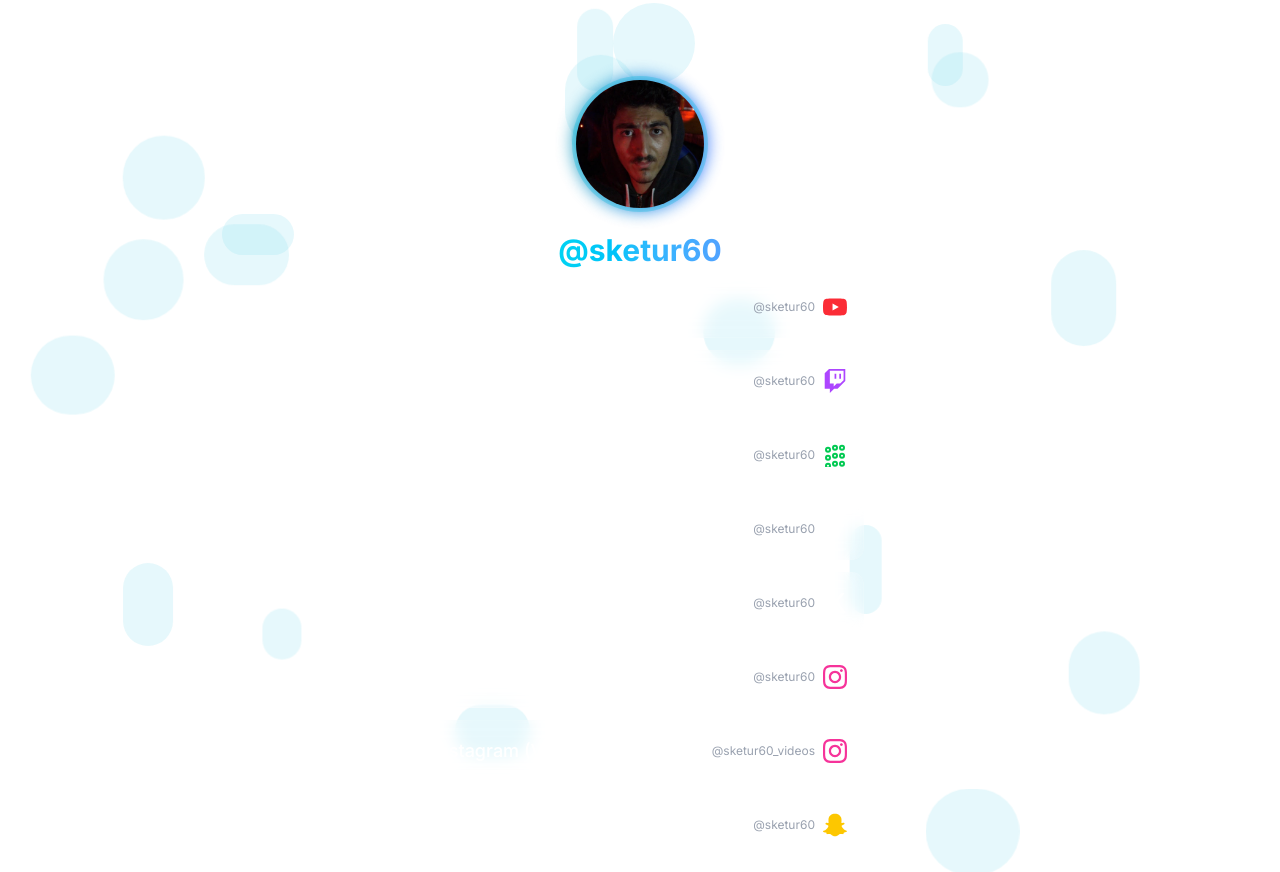
Repository: MehmetSalihK/sketur60
Page: /
These files come from the project's save history. The page is drawn as it stood at one moment and after the next save; the edit follows.
The browser window is 1280 px wide. The pictures show the whole page.
The page's requests for data from a server got no answer. The project was rebuilt for these pictures with package versions that can differ from the ones it lists, and the page was loaded fresh each time. The framework's server and built-in components were replaced by stand-ins that run in the browser. No one was signed in, and anything a server would have sent is missing. Also part of the build but not shown: next.config.ts.

Above is the page before, as saved 2025-06-02 13:41:20.

After the next save:
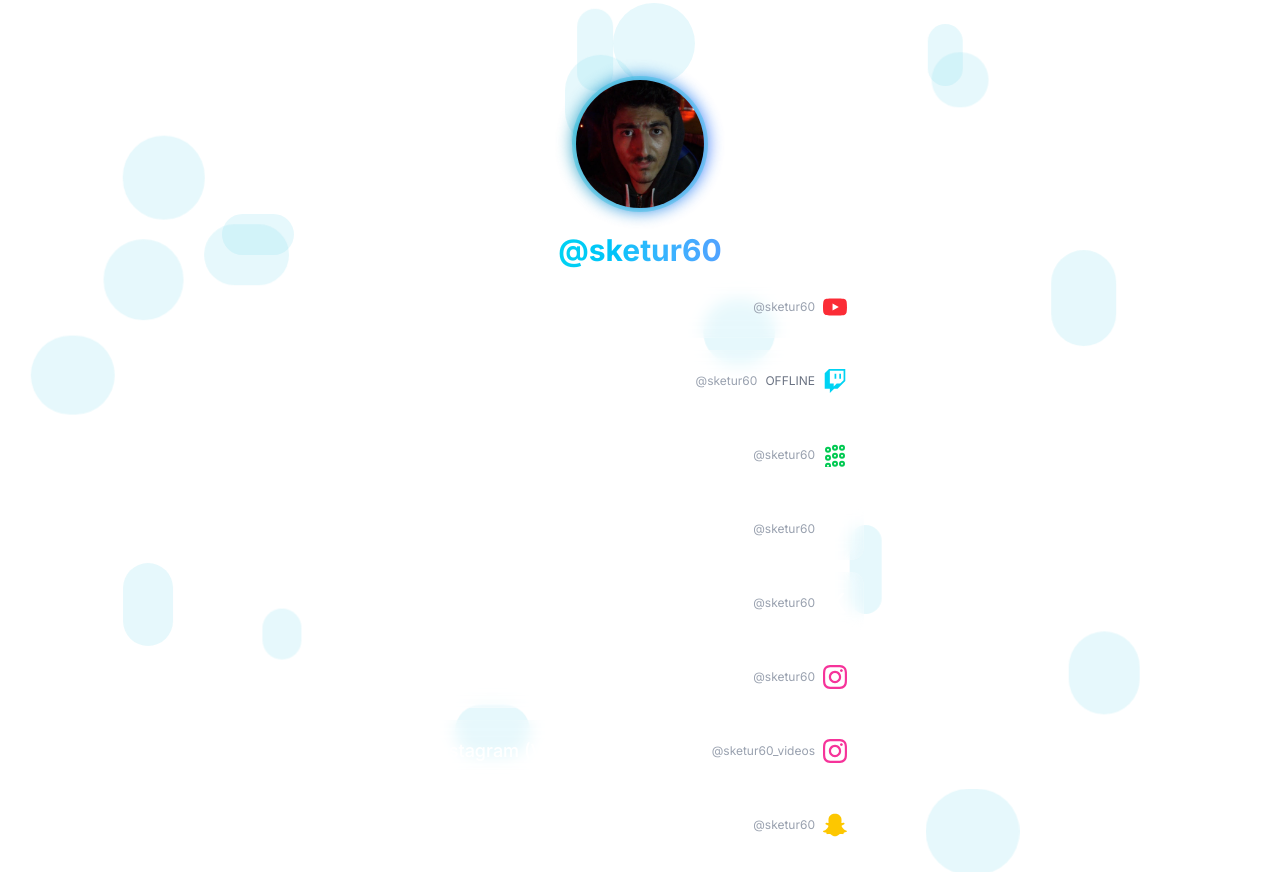
Saved 17 min 57 s later.
--- a/src/app/page.tsx
+++ b/src/app/page.tsx
@@ -2,8 +2,34 @@
 
 import Image from 'next/image'
 import Link from 'next/link'
+import { useEffect, useState } from 'react'
 
 export default function Home() {
+  const [isLive, setIsLive] = useState(false);
+
+  useEffect(() => {
+    const checkTwitchStatus = async () => {
+      try {
+        const clientId = process.env.NEXT_PUBLIC_TWITCH_CLIENT_ID;
+        const response = await fetch('https://api.twitch.tv/helix/streams?user_login=sketur60', {
+          headers: {
+            'Client-ID': clientId,
+            'Authorization': `Bearer ${process.env.NEXT_PUBLIC_TWITCH_ACCESS_TOKEN}`
+          }
+        });
+        const data = await response.json();
+        setIsLive(data.data.length > 0);
+      } catch (error) {
+        console.error('Error checking Twitch status:', error);
+        setIsLive(false);
+      }
+    };
+
+    checkTwitchStatus();
+    const interval = setInterval(checkTwitchStatus, 60000); // Check every minute
+    return () => clearInterval(interval);
+  }, []);
+
   return (
     <div className="min-h-screen bg-[radial-gradient(ellipse_at_top,_var(--tw-gradient-stops))] from-gray-900 via-cyan-900 to-black text-white p-4 antialiased relative overflow-hidden">
       {/* Particules animées */}
@@ -58,13 +84,21 @@ export default function Home() {
               </div>
             </Link>
 
-            {/* Twitch */}
+            {/* Twitch avec status live */}
             <Link href="https://twitch.tv/sketur60"
                 className="group flex items-center justify-between p-4 rounded-xl backdrop-blur-sm bg-white/5 border border-white/10 hover:bg-white/10 hover:border-cyan-500/50 transition-all duration-300 hover:scale-105">
               <span className="font-medium text-lg group-hover:text-cyan-400 transition-colors">Twitch</span>
               <div className="flex items-center space-x-2">
                 <span className="text-xs text-gray-400 group-hover:text-cyan-400 transition-colors">@sketur60</span>
-                <svg className="w-6 h-6 text-purple-500" fill="currentColor" viewBox="0 0 24 24"><path d="M11.571 4.714h1.715v5.143H11.57zm4.715 0H18v5.143h-1.714zM6 0L1.714 4.286v15.428h5.143V24l4.286-4.286h3.428L22.286 12V0zm14.571 11.143l-3.428 3.428h-3.429l-3 3v-3H6.857V1.714h13.714Z"/></svg>
+                {isLive ? (
+                  <div className="flex items-center space-x-2">
+                    <span className="text-xs text-red-500 animate-pulse">EN DIRECT</span>
+                    <div className="w-2 h-2 rounded-full bg-red-500 animate-pulse"></div>
+                  </div>
+                ) : (
+                  <span className="text-xs text-gray-500">OFFLINE</span>
+                )}
+                <svg className="w-6 h-6 text-cyan-400" fill="currentColor" viewBox="0 0 24 24"><path d="M11.571 4.714h1.715v5.143H11.57zm4.715 0H18v5.143h-1.714zM6 0L1.714 4.286v15.428h5.143V24l4.286-4.286h3.428L22.286 12V0zm14.571 11.143l-3.428 3.428h-3.429l-3 3v-3H6.857V1.714h13.714Z"/></svg>
               </div>
             </Link>
 
